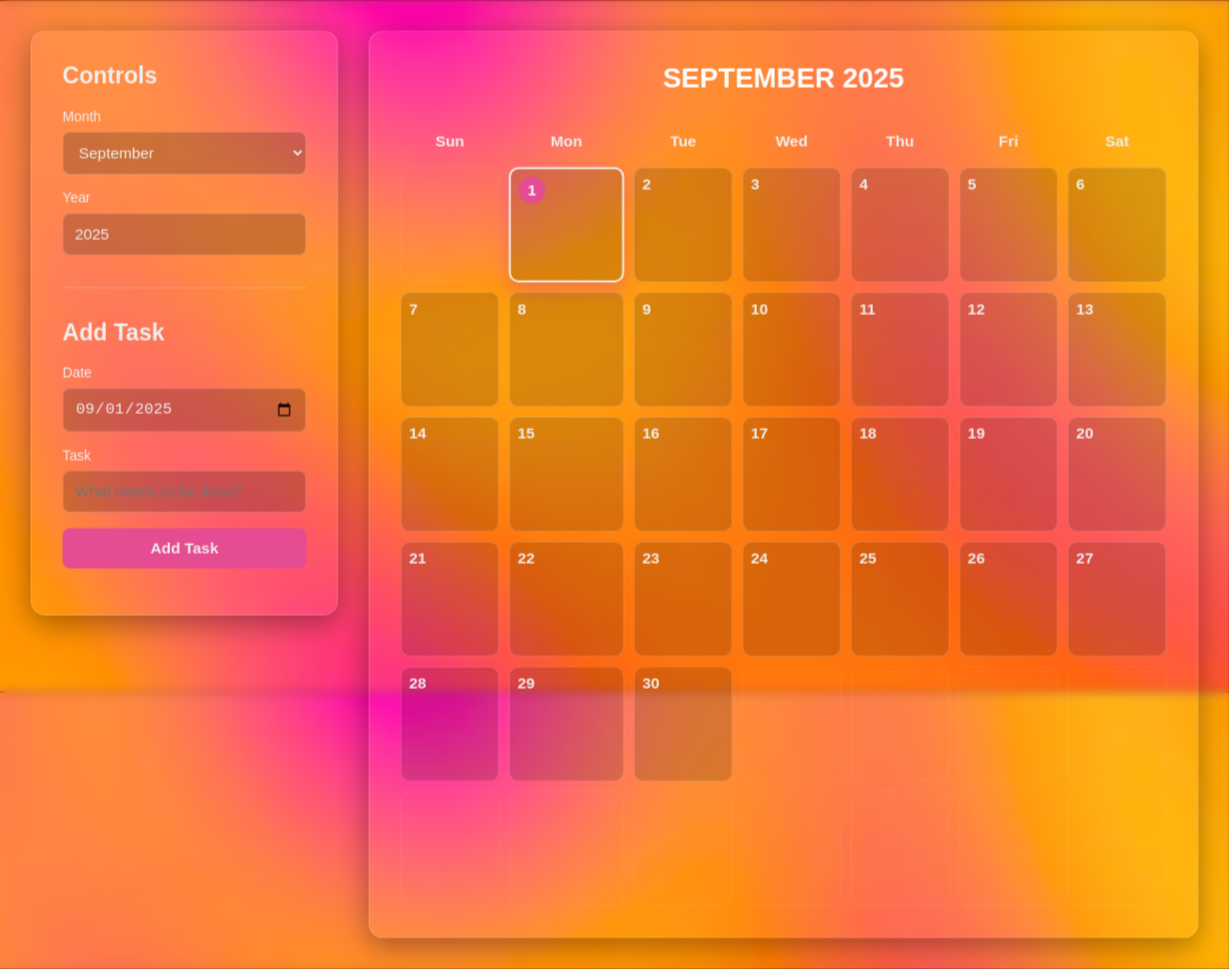
Repository: TanujaNair03/ToDo
Page: static/index.html
An editor plug-in stored every save of this project. The page is shown before and after the next save, followed by the edit.
The browser window is 1280 px wide. The pictures show the whole page, at 96% of full size.
The page's requests for data from a server got no answer. Backgrounds fixed to the window are drawn as part of the page.

Above is the page before, as saved 2025-09-01 16:45:45.

### static/index.html
<!DOCTYPE html>
<html lang="en">
<head>
    <meta charset="UTF-8">
    <meta name="viewport" content="width=device-width, initial-scale=1.0">
    <title>Aesthetic Calendar</title>
    <style>
        :root {
            --glass-bg: rgba(255, 255, 255, 0.05);
            --glass-border: rgba(255, 255, 255, 0.2);
            --text-color: #f0f0f0;
            --accent-primary: #e54c91; /* Pink */
            --accent-secondary: #ffc800; /* Yellow */
        }
        * {
            box-sizing: border-box;
        }

        body {
            font-family: 'Poppins', sans-serif;
            color: var(--text-color);
            margin: 0;
            padding: 2rem;
            min-height: 100vh;
            background-color: #1a1a2e; /* Fallback color */
            background-image: url('./static/aura.jpg'); /* Path to your image */
            background-repeat: no-repeat;
            background-attachment: fixed;
            background-size: cover;
            background-position: center;
            backdrop-filter: blur(5px);
            -webkit-backdrop-filter: blur(10px);
        }

        #app {
            display: flex;
            gap: 2rem;
            width: 100%;
            max-width: 1300px;
            margin: 0 auto;
            align-items: flex-start;
        }

        .glass-pane {
            background: var(--glass-bg);
            backdrop-filter: blur(20px);
            -webkit-backdrop-filter: blur(20px);
            border: 1px solid var(--glass-border);
            box-shadow: 0 8px 32px 0 rgba(0, 0, 0, 0.37);
            border-radius: 15px;
            padding: 2rem;
        }

        .sidebar {
            width: 320px;
            height: fit-content;
            flex-shrink: 0;
        }
        .sidebar h2 { margin-top: 0; color: var(--text-color); }
        .form-group { margin-bottom: 1rem; }
        .form-group label { display: block; margin-bottom: 0.5rem; font-size: 0.9rem; }
        .form-group input, .form-group select, .form-group button {
            width: 100%; padding: 0.75rem; border: 1px solid var(--glass-border);
            border-radius: 8px; background: rgba(0,0,0,0.2);
            color: var(--text-color); font-size: 1rem;
        }
        .form-group button {
            background: var(--accent-primary); cursor: pointer; font-weight: bold;
            transition: background 0.2s ease; border: none;
        }
        .form-group button:hover { background: var(--accent-secondary); color: #1a1a2e; }

        .calendar-container {
            flex-grow: 1;
        }
        .calendar-header { display: flex; justify-content: center; align-items: center; }
        .calendar-header h1 {
            font-size: 1.8rem;
            font-weight: bold;
            color: #ffffff;
            margin: 0;
            text-transform: uppercase;
        }
        .calendar-grid {
            display: grid;
            grid-template-columns: repeat(7, 1fr);
            gap: 10px;
            width: 100%;
            margin-top: 2rem;
            position: relative;
        }
        .day-header { text-align: center; font-weight: bold; color: var(--text-color); padding: 0.5rem 0; }

        .day-cell {
            height: 120px;
            /* REMOVED fixed width to allow grid to be responsive */
            overflow: hidden;
            padding: 8px;
            background: rgba(0, 0, 0, 0.15);
            border: 1px solid var(--glass-border);
            border-radius: 10px;
            transition: transform 0.3s ease, background 0.3s ease, height 0.3s ease;
            cursor: pointer;
        }

        .day-cell > div {
            display: flex;
            flex-direction: column;
            height: 100%;
        }

        .day-cell:hover {
            transform: translateY(-5px);
            background: rgba(255, 255, 255, 0.1);
        }

        .day-cell.today-cell {
            min-height: 120px;
            min-width: 120px;
            max-height: 200px;
            max-width: 200px;
            border: 1px solid var(--text-color);
            border-width: 2px;
            box-shadow: 0 8px 20px rgba(229, 76, 145, 0.5);
        }

        .day-cell.expanded {
            height: auto;
            min-height: 200px;
            max-height: 400px;
            min-width: 200px;
            max-width: 400px;
            background: rgba(40, 40, 60, 0.7);
            transform: scale(1.05);
            z-index: 10;
            box-shadow: 0 12px 40px rgba(0, 0, 0, 0.5);
            overflow: hidden;
        }

        .day-cell.other-month {
            background: transparent;
            opacity: 0.4;
            cursor: default;
        }
        .day-number { font-weight: bold; margin-bottom: 8px; }
        .day-number.today {
            background-color: var(--accent-primary); color: white;
            border-radius: 50%; width: 28px; height: 28px;
            display: flex; align-items: center; justify-content: center;
        }
        .task-list {
            list-style: none;
            padding: 0;
            font-size: 0.85rem;
            overflow-y: auto;
            flex-grow: 1;
        }
        .task-item { display: flex; align-items: center; margin-bottom: 4px; gap: 6px; }
        .task-item input[type="checkbox"] { flex-shrink: 0; }
        .task-item span.done { text-decoration: line-through; opacity: 0.6; }

        .task-item span {
            flex-grow: 1;
            overflow-wrap: break-word;
            word-break: normal;
        }
        .edit-input { width: 100%; background: #444; color: white; border: 1px solid var(--accent-primary); border-radius: 4px; padding: 2px; }
        .task-actions { cursor: pointer; margin-left: auto; display: flex; gap: 5px; }

        .more-tasks-indicator {
            font-size: 0.75rem;
            color: var(--accent-secondary);
            text-align: center;
            margin-top: auto;
            padding-top: 10px;
            font-style: italic;
        }
    </style>
</head>
<body>

<div id="app">
    <div class="sidebar glass-pane">
        <h2>Controls</h2>
        <div class="form-group">
            <label for="month">Month</label>
            <select id="month" v-model="selectedMonth">
                <option v-for="(month, index) in months" :value="index + 1">{{ month }}</option>
            </select>
        </div>
        <div class="form-group">
            <label for="year">Year</label>
            <input type="number" id="year" v-model="selectedYear">
        </div>
        <hr style="border-color: rgba(255,255,255,0.2); margin: 2rem 0;">
        <h2>Add Task</h2>
        <form @submit.prevent="addTask">
            <div class="form-group">
                <label for="taskDate">Date</label>
                <input type="date" id="taskDate" v-model="newTask.date" required>
            </div>
            <div class="form-group">
                <label for="taskDesc">Task</label>
                <input type="text" id="taskDesc" v-model="newTask.task" placeholder="What needs to be done?" required>
            </div>
            <div class="form-group">
                <button type="submit">Add Task</button>
            </div>
        </form>
    </div>
    <div class="calendar-container glass-pane">
        <div class="calendar-header">
            <h1>{{ monthName }} {{ selectedYear }}</h1>
        </div>
        <div class="calendar-grid">
            <div class="day-header" v-for="day in dayNames">{{ day }}</div>
            <div v-for="day in calendarDays"
                 class="day-cell"
                 :class="{
                    'other-month': !day.isCurrentMonth,
                    'expanded': day.dateStr === expandedDateStr,
                    'today-cell': day.isToday
                 }"
                 @click="toggleExpandDay(day.dateStr)">
                <div v-if="day.date">
                    <div class="day-number" :class="{'today': day.isToday}">{{ day.date.getDate() }}</div>
                    <ul class="task-list" @click.stop>
                        <li v-for="(task, index) in day.tasks" class="task-item">
                            <template v-if="editingDate === day.dateStr && editingIndex === index">
                                <input type="text" v-model="editingText" @keyup.enter="saveEdit" @keyup.esc="cancelEditing" class="edit-input" v-focus>
                                <div class="task-actions">
                                    <span @click="saveEdit">✔️</span>
                                    <span @click="cancelEditing">❌</span>
                                </div>
                            </template>
                            <template v-else>
                                <input type="checkbox" :checked="task.done" @change="updateTaskStatus(day.dateStr, index, $event.target.checked)">
                                <span :class="{'done': task.done}">{{ task.task }}</span>
                                <div class="task-actions">
                                    <span @click="startEditing(day.dateStr, index, task.task)">✏️</span>
                                    <span @click="deleteTask(day.dateStr, index)">🗑️</span>
                                </div>
                            </template>
                        </li>
                    </ul>
                    <div v-if="day.tasks.length > 2 && day.dateStr !== expandedDateStr" class="more-tasks-indicator">
                        + {{ day.tasks.length - 2 }} more
                    </div>
                </div>
            </div>
        </div>
    </div>
</div>
<script src="https://unpkg.com/vue@3/dist/vue.global.js"></script>
<script>
    const { createApp, ref, computed, onMounted } = Vue;
    const focusDirective = { mounted(el) { el.focus(); } };
    createApp({
        directives: { focus: focusDirective },
        setup() {
            const today = new Date();
            const selectedMonth = ref(today.getMonth() + 1);
            const selectedYear = ref(today.getFullYear());
            const tasks = ref({});
            const newTask = ref({ date: today.toISOString().split('T')[0], task: '' });
            const editingDate = ref(null);
            const editingIndex = ref(null);
            const editingText = ref('');
            const months = ["January", "February", "March", "April", "May", "June", "July", "August", "September", "October", "November", "December"];
            const dayNames = ["Sun", "Mon", "Tue", "Wed", "Thu", "Fri", "Sat"];
            const API_URL = 'http://127.0.0.1:5000/api';
            const expandedDateStr = ref(null);
            const monthName = computed(() => months[selectedMonth.value - 1]);
            const calendarDays = computed(() => {
                const year = selectedYear.value;
                const month = selectedMonth.value - 1;
                const firstDayOfMonth = new Date(year, month, 1).getDay();
                const daysInMonth = new Date(year, month + 1, 0).getDate();
                const daysArray = [];
                let dayCounter = 1;
                for (let i = 0; i < 42; i++) {
                    if (i >= firstDayOfMonth && dayCounter <= daysInMonth) {
                        const dateObj = new Date(year, month, dayCounter);
                        const y = dateObj.getFullYear();
                        const m = String(dateObj.getMonth() + 1).padStart(2, '0');
                        const d = String(dateObj.getDate()).padStart(2, '0');
                        const dateStr = `${y}-${m}-${d}`;
                        daysArray.push({
                            date: dateObj,
                            dateStr: dateStr,
                            isCurrentMonth: true,
                            isToday: dateStr === today.toISOString().split('T')[0],
                            tasks: tasks.value[dateStr] || []
                        });
                        dayCounter++;
                    } else {
                        daysArray.push({ date: null, isCurrentMonth: false, tasks: [] });
                    }
                }
                return daysArray;
            });
            const toggleExpandDay = (dateStr) => {
                if (!dateStr) return;
                if (expandedDateStr.value === dateStr) {
                    expandedDateStr.value = null;
                } else {
                    expandedDateStr.value = dateStr;
                }
            };
            const fetchTasks = async () => {
                const response = await fetch(`${API_URL}/tasks`);
                tasks.value = await response.json();
            };
            const addTask = async () => {
                await fetch(`${API_URL}/tasks`, {
                    method: 'POST',
                    headers: { 'Content-Type': 'application/json' },
                    body: JSON.stringify(newTask.value)
                });
                newTask.value.task = '';
                fetchTasks();
            };
            const updateTaskStatus = async (dateStr, taskIndex, isDone) => {
                await fetch(`${API_URL}/tasks/update`, {
                    method: 'PUT',
                    headers: { 'Content-Type': 'application/json' },
                    body: JSON.stringify({ date: dateStr, taskIndex: taskIndex, done: isDone })
                });
                fetchTasks();
            };
            const startEditing = (dateStr, index, currentText) => {
                editingDate.value = dateStr;
                editingIndex.value = index;
                editingText.value = currentText;
            };
            const cancelEditing = () => {
                editingDate.value = null;
                editingIndex.value = null;
                editingText.value = '';
            };
            const saveEdit = async () => {
                if (!editingText.value.trim()) return;
                await fetch(`${API_URL}/tasks/edit`, {
                    method: 'PUT',
                    headers: { 'Content-Type': 'application/json' },
                    body: JSON.stringify({
                        date: editingDate.value,
                        taskIndex: editingIndex.value,
                        newTaskText: editingText.value
                    })
                });
                cancelEditing();
                fetchTasks();
            };
            const deleteTask = async (dateStr, taskIndex) => {
                if (window.confirm("Are you sure you want to delete this task?")) {
                    await fetch(`${API_URL}/tasks/${dateStr}/${taskIndex}`, { method: 'DELETE' });
                    fetchTasks();
                }
            };
            onMounted(fetchTasks);
            return {
                selectedMonth,
                selectedYear,
                months,
                dayNames,
                monthName,
                calendarDays,
                newTask,
                addTask,
                updateTaskStatus,
                editingDate,
                editingIndex,
                editingText,
                startEditing,
                cancelEditing,
                saveEdit,
                deleteTask,
                expandedDateStr,
                toggleExpandDay,
            };
        }
    }).mount('#app');
</script>
</body>
</html>

After the next save:
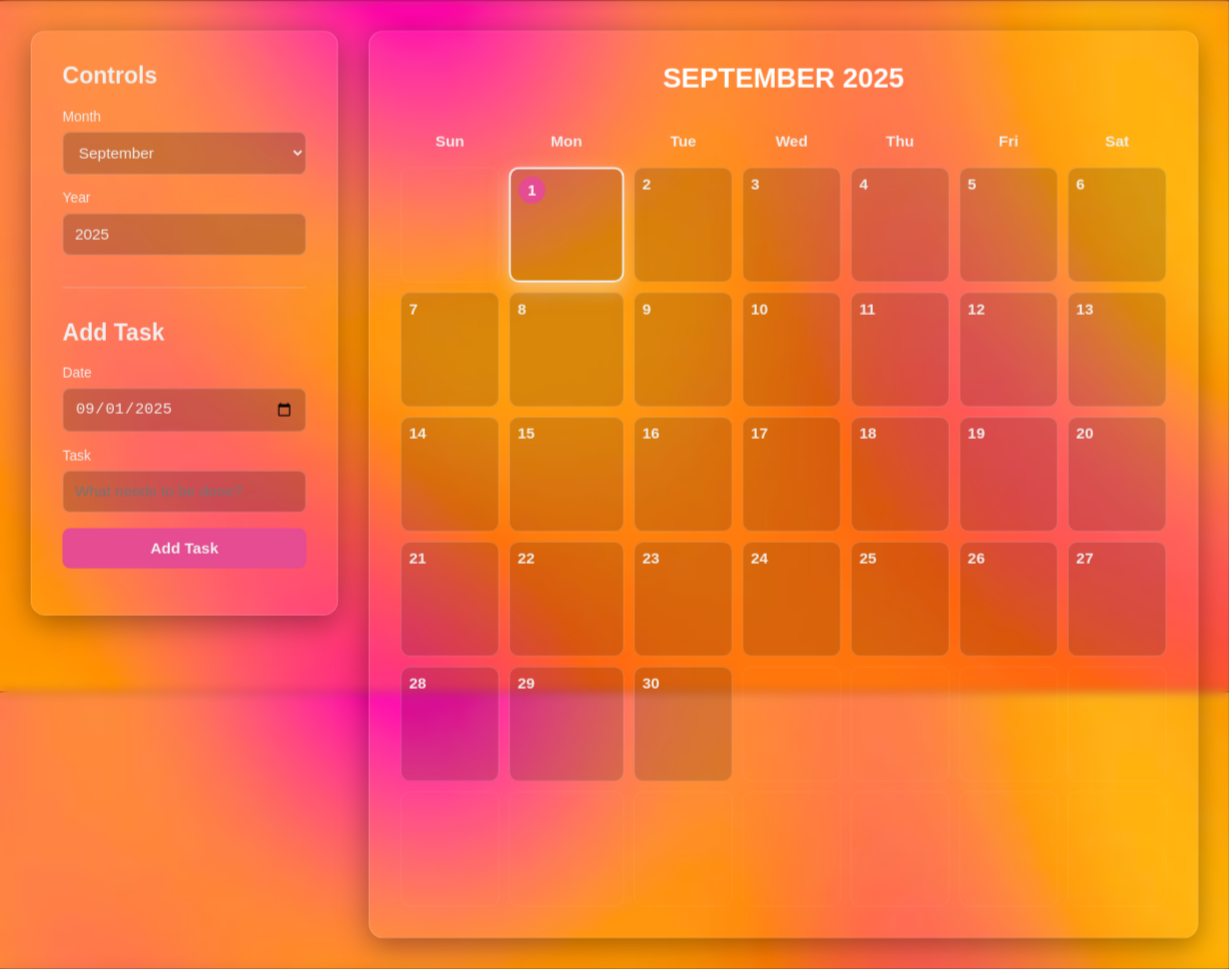
Saved 11 s later.
--- a/static/index.html
+++ b/static/index.html
@@ -121,7 +121,7 @@
             max-width: 200px;
             border: 1px solid var(--text-color);
             border-width: 2px;
-            box-shadow: 0 8px 20px rgba(229, 76, 145, 0.5);
+            box-shadow: 0 8px 20px rgba(237, 234, 235, 0.5);
         }
 
         .day-cell.expanded {
